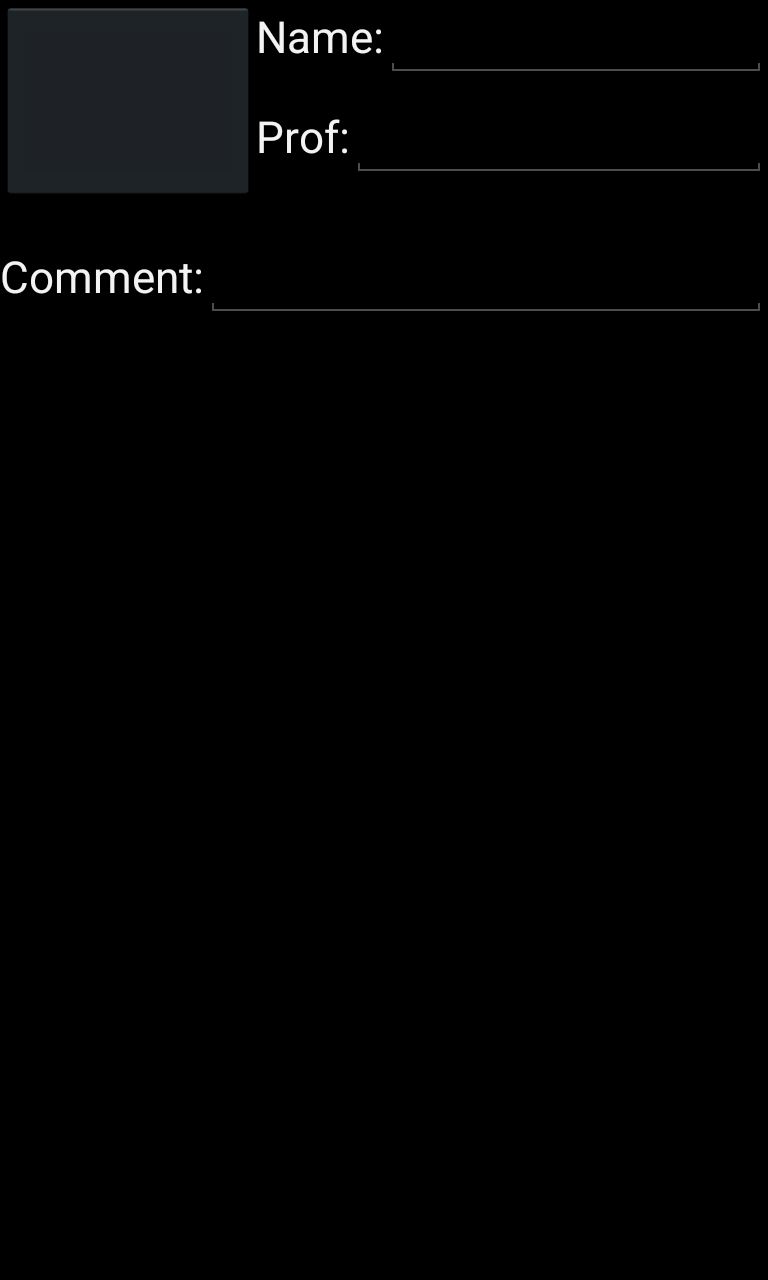
Repository: prayasjain/BunkMonitorApp
Layout: BunkMonitor/res/layout/subject_input.xml
The author's editor kept a copy of each file at every save. The layout is drawn from the files as they stood at one save, then again after the next save.
It is drawn on a 768 x 1280 px phone screen (xhdpi) without system bars, with theme android:Theme.Holo; the app's code is not run.

Above is the layout before, as saved 2015-08-05 11:08:26.

### BunkMonitor/res/layout/subject_input.xml
<?xml version="1.0" encoding="utf-8"?>
<LinearLayout xmlns:android="http://schemas.android.com/apk/res/android"
    android:layout_width="match_parent"
    android:layout_height="match_parent"
    android:orientation="vertical" >

    <LinearLayout
        android:layout_width="match_parent"
        android:layout_height="wrap_content"
        android:orientation="horizontal"
        android:weightSum="3" >

        <Button
            android:id="@+id/bImage"
            android:layout_width="match_parent"
            android:layout_height="100dp"
            android:layout_weight="2" />

        <LinearLayout
            android:layout_width="match_parent"
            android:layout_height="match_parent"
            android:layout_weight="1"
            android:orientation="vertical"
            android:weightSum="2" >

            <LinearLayout
                android:layout_width="match_parent"
                android:layout_height="match_parent"
                android:layout_weight="1"
                android:orientation="horizontal" >

                <TextView
                    android:layout_width="wrap_content"
                    android:layout_height="wrap_content"
                    android:text="Name:"
                    android:textAppearance="?android:attr/textAppearanceLarge" />

                <EditText
                    android:id="@+id/etName"
                    android:layout_width="match_parent"
                    android:layout_height="wrap_content" />
            </LinearLayout>

            <LinearLayout
                android:layout_width="match_parent"
                android:layout_height="match_parent"
                android:layout_weight="1"
                android:orientation="horizontal" >

                <TextView
                    android:layout_width="wrap_content"
                    android:layout_height="wrap_content"
                    android:text="Prof:"
                    android:textAppearance="?android:attr/textAppearanceLarge" />

                <EditText
                    android:id="@+id/etProf"
                    android:layout_width="match_parent"
                    android:layout_height="wrap_content" />
            </LinearLayout>
        </LinearLayout>
    </LinearLayout>

    <LinearLayout
        android:layout_width="match_parent"
        android:layout_height="wrap_content"
        android:orientation="horizontal"
        android:layout_marginTop="20dp" >
        <TextView
        android:layout_width="wrap_content"
        android:layout_height="wrap_content"
        android:text="Comment:"
        android:textAppearance="?android:attr/textAppearanceLarge" />

    <EditText
        android:id="@+id/etNote"
        android:layout_width="match_parent"
        android:layout_height="wrap_content"
        android:ems="10" >


    </EditText>

    </LinearLayout>


</LinearLayout>

After the next save:
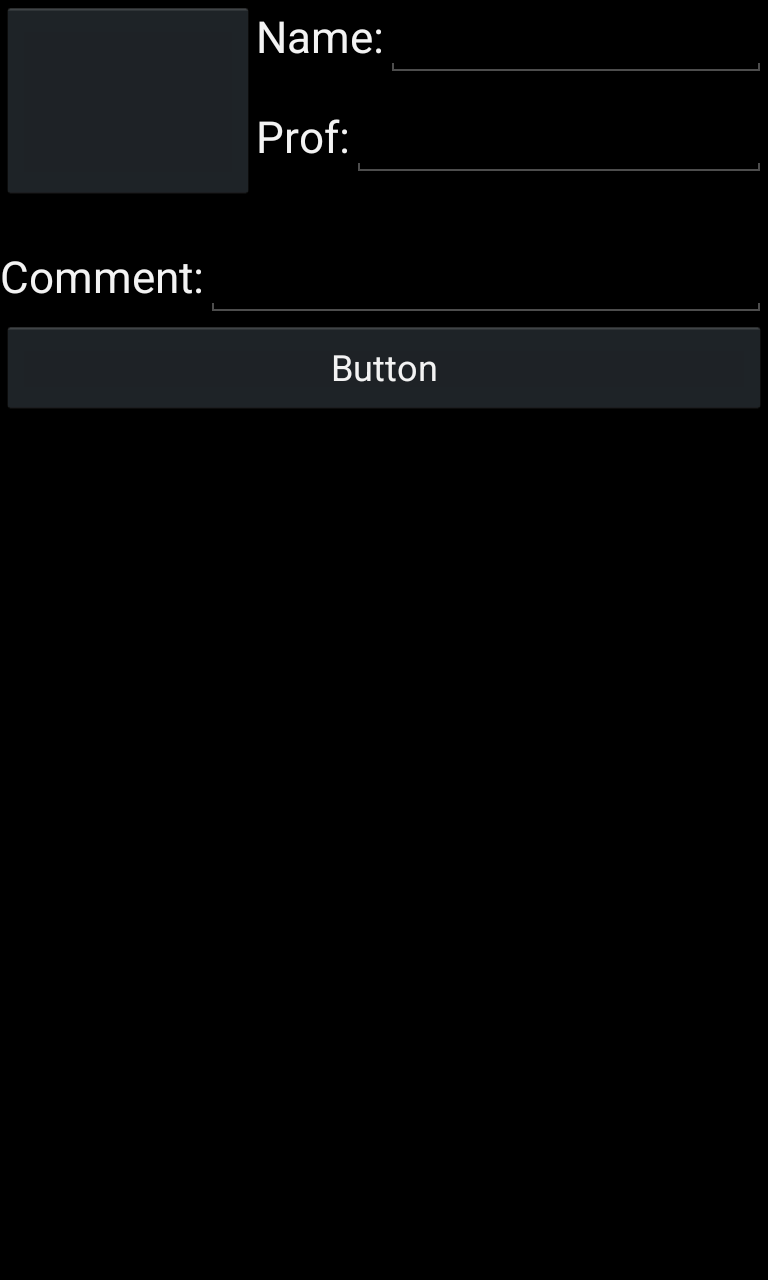
Saved 30 s later.
--- a/BunkMonitor/res/layout/subject_input.xml
+++ b/BunkMonitor/res/layout/subject_input.xml
@@ -83,5 +83,10 @@
 
     </LinearLayout>
 
+    <Button
+        android:id="@+id/bSubmitSubject"
+        android:layout_width="match_parent"
+        android:layout_height="wrap_content"
+        android:text="Button" />
 
 </LinearLayout>
